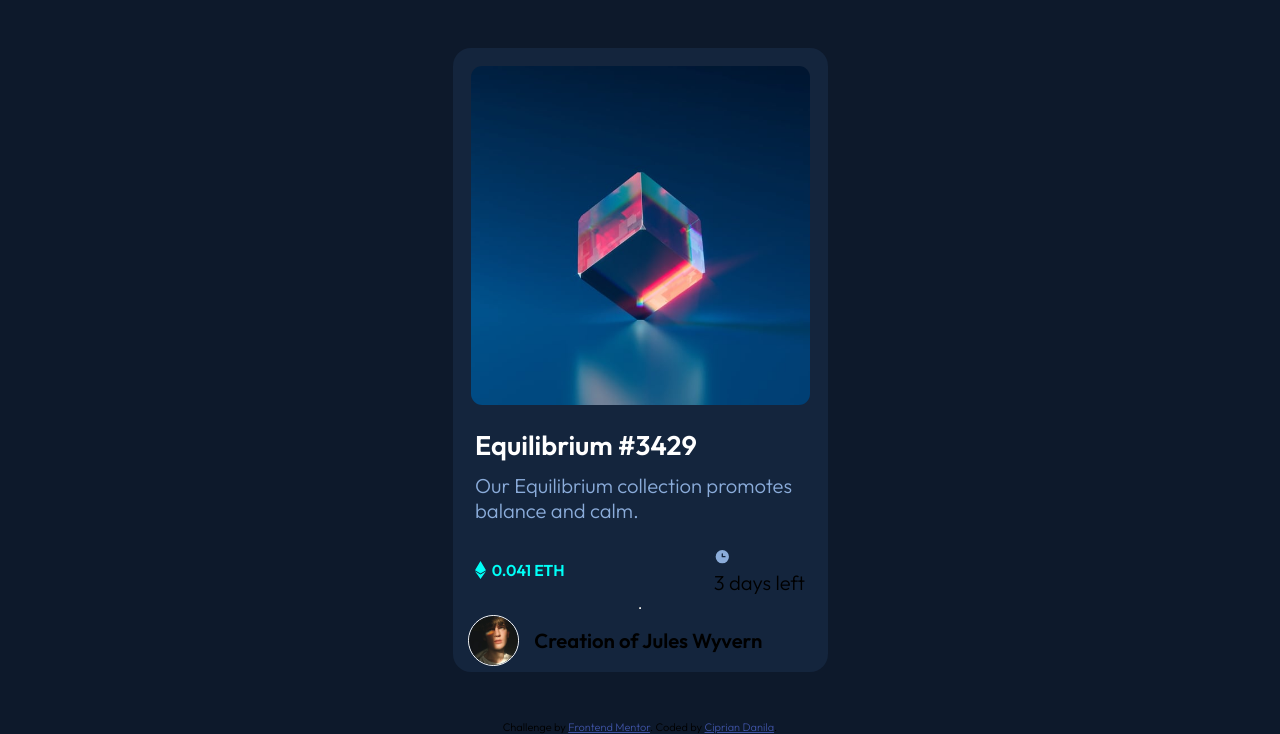
Repository: cipdanila/NFT-preview-card-component
Page: index.html
The author's editor kept a copy of each file at every save. The page is drawn from the files as they stood at one save, then again after the next save.
The browser window is 1280 px wide. The pictures show the whole page.

Above is the page before, as saved 2024-01-31 17:00:33.

After the next save:
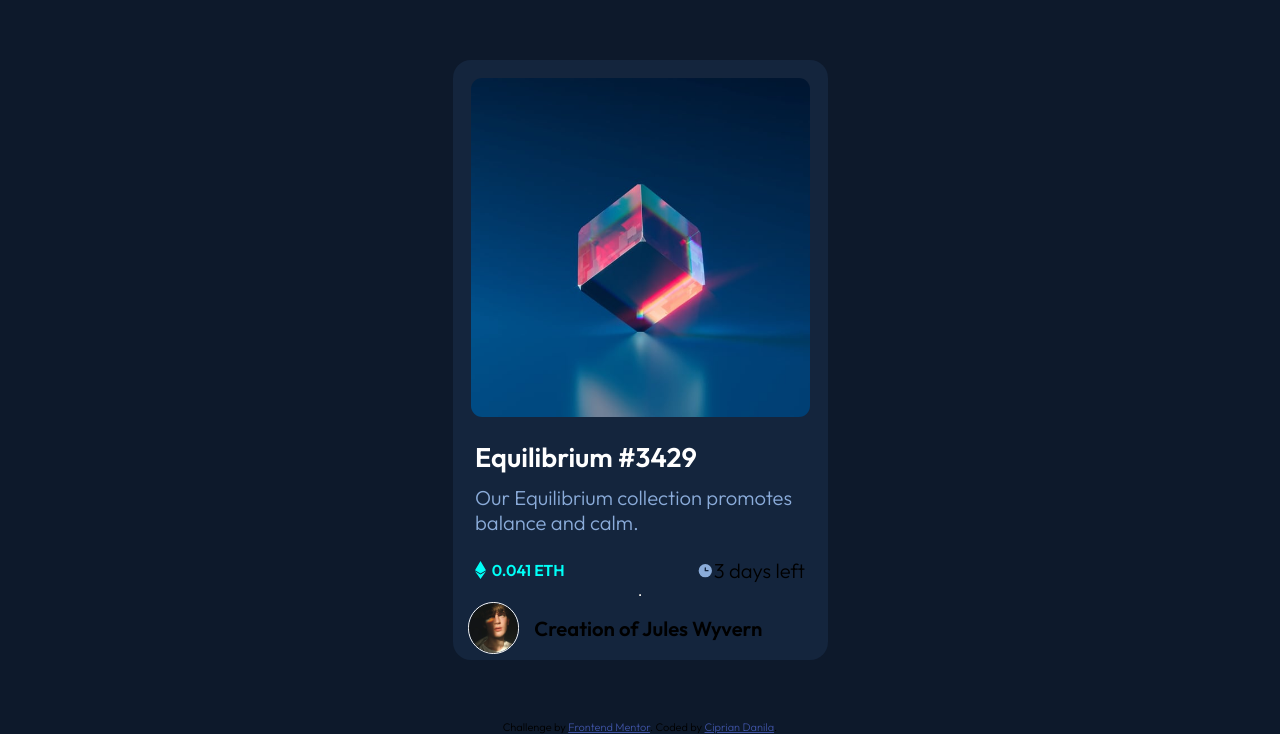
Saved 31 s later.
--- a/style.css
+++ b/style.css
@@ -91,6 +91,11 @@
     margin-right: 0.313rem;
 }
 
+.time {
+    display: flex;
+    align-items: center;
+}
+
 .owner {
     width: auto;
     display: flex;
